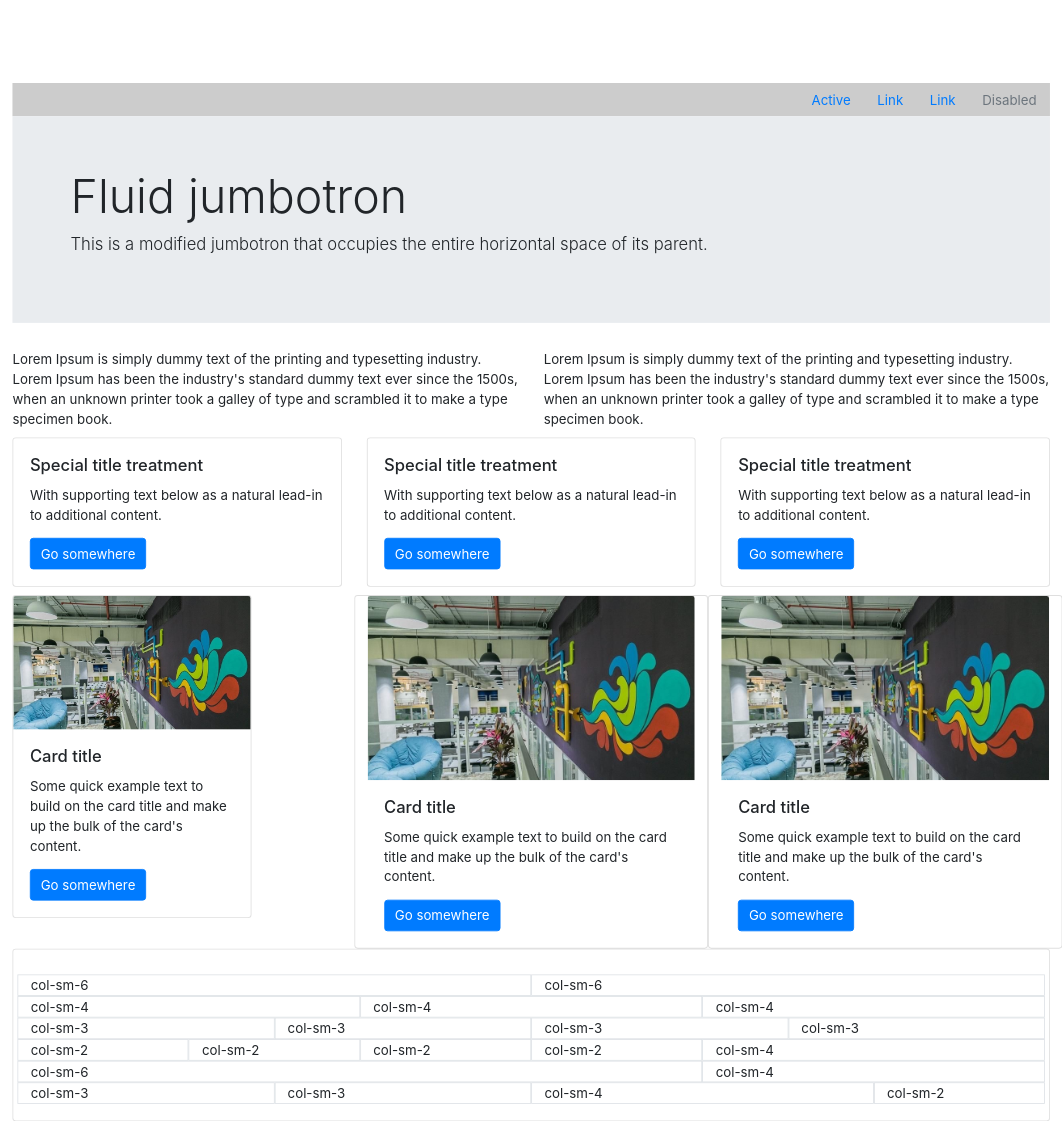
Repository: Green-Technologies-Angular/HTML
Page: index.html
An editor plug-in stored every save of this project. The page is shown before and after the next save, followed by the edit.
The browser window is 1280 px wide. The pictures show the whole page, at 83% of full size.

Above is the page before, as saved 2019-01-31 10:35:54.

### index.html
<!DOCTYPE html>
<html>

<head>
    <title>Title of the document</title>
    <link rel="stylesheet" href="css/bootstrap.css">
    <link rel="stylesheet" href="css/index.css">
    <style>
        .border {
            border: 1px solid #ccc;
        }

        .bg-nav {
            background: green;
        }
    </style>
    <script>
        localStorage.setItem("name", "tamilsdfsdfsdfsdfmani");
        console.log(localStorage.getItem('name'));
    </script>
</head>

<body>
    <div class="container-fluid">
        <ul class="nav justify-content-end bg-nav" style="background: #ccc;">
            <li class="nav-item">
                <a class="nav-link active" href="#">Active</a>
            </li>
            <li class="nav-item">
                <a class="nav-link" href="#">Link</a>
            </li>
            <li class="nav-item">
                <a class="nav-link" href="#">Link</a>
            </li>
            <li class="nav-item">
                <a class="nav-link disabled" href="#" tabindex="-1" aria-disabled="true">Disabled</a>
            </li>
        </ul>
        <div class="jumbotron jumbotron-fluid">
            <div class="container">
                <h1 class="display-4">Fluid jumbotron</h1>
                <p class="lead">This is a modified jumbotron that occupies the entire horizontal space of its parent.</p>
            </div>
        </div>
        <div class="row">
            <div class="col-xl-6 col-lg-6 col-md-6 col-sm-6">
                Lorem Ipsum is simply dummy text of the printing and typesetting industry. Lorem Ipsum has been the
                industry's standard dummy text ever since the 1500s, when an unknown printer took a galley of type and
                scrambled it to make a type specimen book.
            </div>
            <div class="col-xl-6 col-lg-6 col-md-6 col-sm-6">
                Lorem Ipsum is simply dummy text of the printing and typesetting industry. Lorem Ipsum has been the
                industry's standard dummy text ever since the 1500s, when an unknown printer took a galley of type and
                scrambled it to make a type specimen book.
            </div>
        </div>
        <div class="row" style="padding-top:10px;">
            <div class="col-sm-4">
                <div class="card">
                    <div class="card-body">
                        <h5 class="card-title">Special title treatment</h5>
                        <p class="card-text">With supporting text below as a natural lead-in to additional content.</p>
                        <a href="#" class="btn btn-primary">Go somewhere</a>
                    </div>
                </div>
            </div>
            <div class="col-sm-4">
                <div class="card">
                    <div class="card-body">
                        <h5 class="card-title">Special title treatment</h5>
                        <p class="card-text">With supporting text below as a natural lead-in to additional content.</p>
                        <a href="#" class="btn btn-primary">Go somewhere</a>
                    </div>
                </div>
            </div>
            <div class="col-sm-4">
                <div class="card">
                    <div class="card-body">
                        <h5 class="card-title">Special title treatment</h5>
                        <p class="card-text">With supporting text below as a natural lead-in to additional content.</p>
                        <a href="#" class="btn btn-primary">Go somewhere</a>
                    </div>
                </div>
            </div>
        </div>
        <div class="row" style="padding-top:10px;">
            <div class="col-sm-4">
                <div class="card" style="width: 18rem;">
                    <img src="images/Download.jpg" class="card-img-top" alt="...">
                    <div class="card-body">
                        <h5 class="card-title">Card title</h5>
                        <p class="card-text">Some quick example text to build on the card title and make up the bulk of the
                            card's content.</p>
                        <a href="#" class="btn btn-primary">Go somewhere</a>
                    </div>
                </div>
            </div>

            <div class="col-sm-4 card" style="width: 18rem;">
                <img src="images/Download.jpg" class="card-img-top" alt="...">
                <div class="card-body">
                    <h5 class="card-title">Card title</h5>
                    <p class="card-text">Some quick example text to build on the card title and make up the bulk of the
                        card's content.</p>
                    <a href="#" class="btn btn-primary">Go somewhere</a>
                </div>
            </div>
            <div class="col-sm-4 card" style="width: 18rem;">
                <img src="images/Download.jpg" class="card-img-top" alt="...">
                <div class="card-body">
                    <h5 class="card-title">Card title</h5>
                    <p class="card-text">Some quick example text to build on the card title and make up the bulk of the
                        card's content.</p>
                    <a href="#" class="btn btn-primary">Go somewhere</a>
                </div>
            </div>
        </div>

        <div class="card" style="padding-top:10px;">
            <div class="card-body">
                <div class="row">
                    <div class="col-sm-6 border">col-sm-6</div>
                    <div class="col-sm-6 border">col-sm-6</div>
                </div>
                <div class="row">
                    <div class="col-sm-4 border">col-sm-4</div>
                    <div class="col-sm-4 border">col-sm-4</div>
                    <div class="col-sm-4 border">col-sm-4</div>
                </div>
                <div class="row">
                    <div class="col-sm-3 border">col-sm-3</div>
                    <div class="col-sm-3 border">col-sm-3</div>
                    <div class="col-sm-3 border">col-sm-3</div>
                    <div class="col-sm-3 border">col-sm-3</div>
                </div>
                <div class="row">
                    <div class="col-sm-2 border">col-sm-2</div>
                    <div class="col-sm-2 border">col-sm-2</div>
                    <div class="col-sm-2 border">col-sm-2</div>
                    <div class="col-sm-2 border">col-sm-2</div>
                    <div class="col-sm-4 border">col-sm-4</div>
                </div>
                <div class="row">
                    <div class="col-sm-8 border">col-sm-6</div>
                    <div class="col-sm-4 border">col-sm-4</div>
                </div>
                <div class="row">
                    <div class="col-sm-3 border">col-sm-3</div>
                    <div class="col-sm-3 border">col-sm-3</div>
                    <div class="col-sm-4 border">col-sm-4</div>
                    <div class="col-sm-2 border">col-sm-2</div>
                </div>
            </div>
        </div>

    </div>
    <script src="script/jquery.js"></script>
    <script src="script/popper.js"></script>
    <script src="script/bootstrap.js"></script>
</body>

</html>

### css/index.css
.bg-nav{
    background: red;
}
@media (min-width: 1200px) {
    .bg-nav{
        background: red;
        margin-top:100px;
    }
 }

Loaded but not shown: css/bootstrap.css (library); script/jquery.js (library); script/popper.js (library); script/bootstrap.js (library)

After the next save:
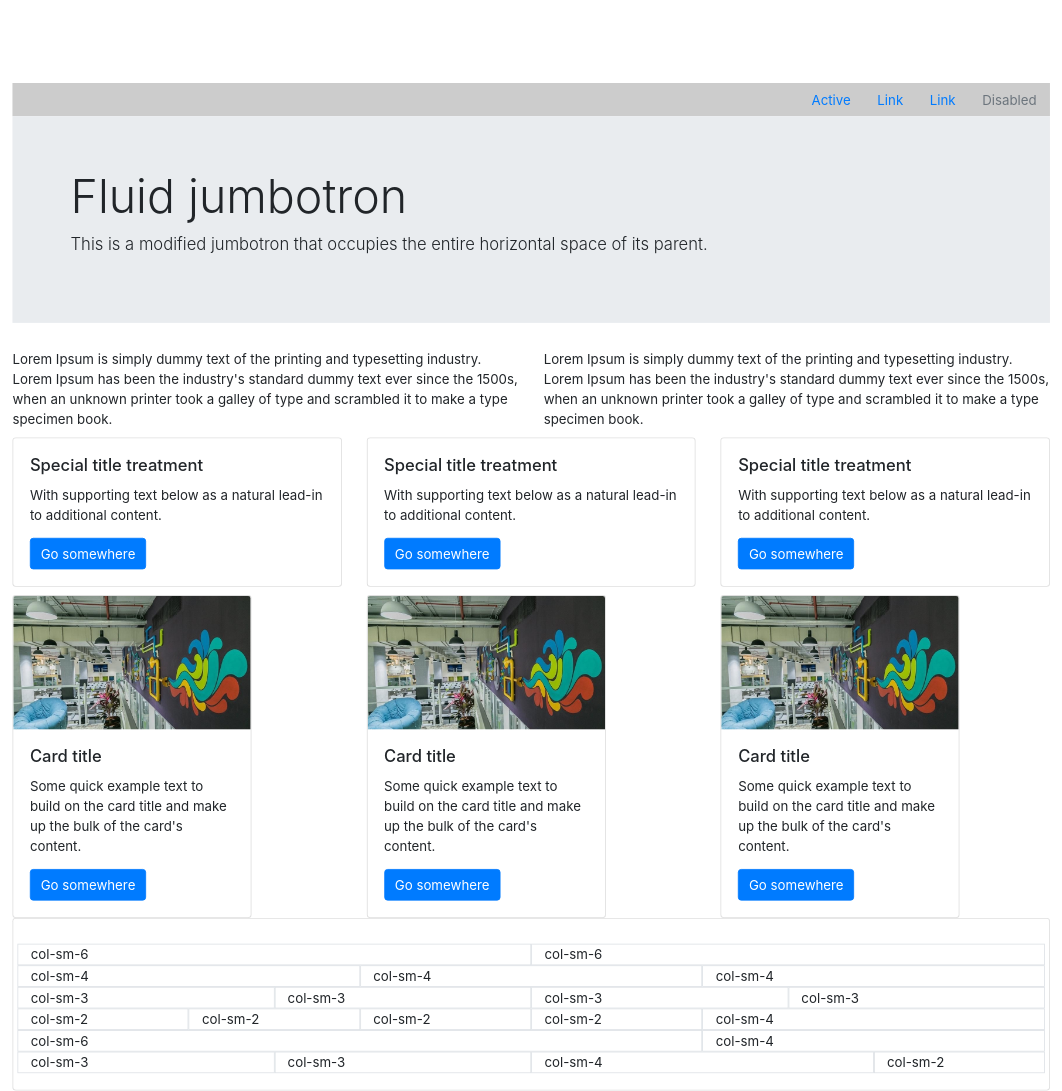
Saved 26 s later.
--- a/index.html
+++ b/index.html
@@ -89,29 +89,36 @@
                     <img src="images/Download.jpg" class="card-img-top" alt="...">
                     <div class="card-body">
                         <h5 class="card-title">Card title</h5>
-                        <p class="card-text">Some quick example text to build on the card title and make up the bulk of the
+                        <p class="card-text">Some quick example text to build on the card title and make up the bulk of
+                            the
                             card's content.</p>
                         <a href="#" class="btn btn-primary">Go somewhere</a>
                     </div>
                 </div>
             </div>
 
-            <div class="col-sm-4 card" style="width: 18rem;">
-                <img src="images/Download.jpg" class="card-img-top" alt="...">
-                <div class="card-body">
-                    <h5 class="card-title">Card title</h5>
-                    <p class="card-text">Some quick example text to build on the card title and make up the bulk of the
-                        card's content.</p>
-                    <a href="#" class="btn btn-primary">Go somewhere</a>
+            <div class="col-sm-4">
+                <div class="card" style="width: 18rem;">
+                    <img src="images/Download.jpg" class="card-img-top" alt="...">
+                    <div class="card-body">
+                        <h5 class="card-title">Card title</h5>
+                        <p class="card-text">Some quick example text to build on the card title and make up the bulk of
+                            the
+                            card's content.</p>
+                        <a href="#" class="btn btn-primary">Go somewhere</a>
+                    </div>
                 </div>
             </div>
-            <div class="col-sm-4 card" style="width: 18rem;">
-                <img src="images/Download.jpg" class="card-img-top" alt="...">
-                <div class="card-body">
-                    <h5 class="card-title">Card title</h5>
-                    <p class="card-text">Some quick example text to build on the card title and make up the bulk of the
-                        card's content.</p>
-                    <a href="#" class="btn btn-primary">Go somewhere</a>
+            <div class="col-sm-4">
+                <div class="card" style="width: 18rem;">
+                    <img src="images/Download.jpg" class="card-img-top" alt="...">
+                    <div class="card-body">
+                        <h5 class="card-title">Card title</h5>
+                        <p class="card-text">Some quick example text to build on the card title and make up the bulk of
+                            the
+                            card's content.</p>
+                        <a href="#" class="btn btn-primary">Go somewhere</a>
+                    </div>
                 </div>
             </div>
         </div>
